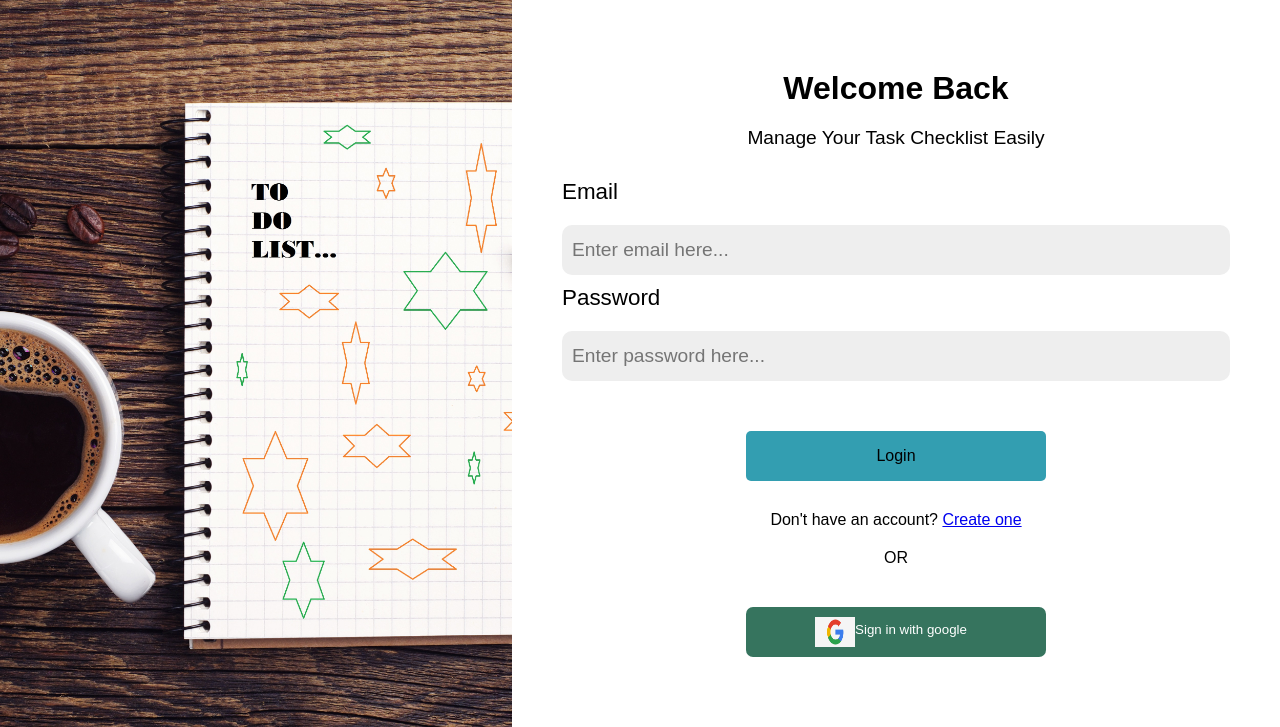
Repository: tebo27cMd/todo_App
Page: /
An editor plug-in stored every save of this project. The page is shown before and after the next save, followed by the edit.
The browser window is 1280 px wide. The pictures show the whole page.
The project was rebuilt for these pictures with package versions that can differ from the ones it lists, and the page was loaded fresh each time. Also part of the build but not shown: src/Pages/SignInPage.jsx, src/Pages/HomePage.jsx.

Above is the page before, as saved 2022-08-23 09:28:21.

### src/App.js
import React, {useState, useEffect} from 'react';
import './App.css';
import LoginPage from './Pages/LoginPage';
import SignInPage from './Pages/SignInPage';
import HomePage from './Pages/HomePage';

import {BrowserRouter as Router,Routes,Route,Link} from "react-router-dom";

//import {collection, getDocs, getDoc, doc, deleteDoc} from 'firebase/firestore'







function App() {


  const [tasks, setTasks] = useState([]);

  const addTasks = ((task, priorityType)=>{
    setTasks((tasks)=>[...tasks, {
      task:task,
      priorityType:priorityType
    }])

    console.log(tasks);
  })
  return (
    <div className="App">

      <Router>
      <Routes>
        <Route exact path="/" element = {<LoginPage/>}></Route>
        <Route path="/SignInPage" element = {<SignInPage/>}></Route>
        <Route exact path="/HomePage" element = {<HomePage/>}></Route>
      </Routes>
    </Router>

    </div>
  );
}

export default App;

### src/App.css
* {
  box-sizing: border-box;
  margin: 0;
  padding: 0;
  font-family: 'Times New Roman', Times, serif;
}

### src/Pages/LoginPage.jsx
import React, { useState } from 'react'

import './LoginPage.css';
import google from '../image/i.png'
import {Link} from 'react-router-dom'
import { signInWithEmailAndPassword} from 'firebase/auth'
import { auth } from "../Config-file/firebase";
import { useNavigate } from 'react-router-dom';


const LoginPage = () => {

  const [email, setEmail] = useState('');
  const [password, setPassword] = useState('');

  let history = useNavigate();

const SignInPage = (()=>{
  signInWithEmailAndPassword(auth, email, password).then(()=>{

      history("/HomePage");
  }).catch((error)=>{
    console.log(error);
  })
})



  return (
    <div className='LoginPage'>

        <aside></aside>

        <section>
            <h1 className='welcome'>Welcome Back</h1>

            <p className='paragraph1'>Manage Your Task Checklist Easily</p>

            <div className='input-control'>
                    <label htmlFor="email">Email</label>
                    <input type="email"  placeholder='Enter email here...'
                    onChange={(e)=> setEmail(e.target.value)}/>
            </div>

            <div className='input-control'>
                    <label htmlFor="password">Password</label>
                    <input type="password"  placeholder='Enter password here...'
                    onChange={(e)=> setPassword(e.target.value)}/>
            </div>

            <button className='lgnBtn' onClick={SignInPage}>Login</button>

            <p className='create'>Don't have an account? <span><Link to={"/SignInPage"}>Create one</Link></span></p>

            <h1 className='or'>OR</h1>

            <button className='signBtn'><div className='logo'><img src={google} alt="" /><span><div>Sign in with google</div></span></div></button>




        </section>

    </div>
  )
}

export default LoginPage;

### src/Pages/LoginPage.css

:root
{
    --btnGreen: #339eb1;
    --beige: beige;

}

.LoginPage{
    display: grid;
    grid-template-columns: 40% 60%;
    width: 100vw;
    height: 100vh;
}

.LoginPage aside{
    background: url(../Images/Ado.jpeg);
    background-size: cover;
}

.LoginPage section{
    display: flex;
    flex-direction: column;
    justify-content: center;
    align-items: center;
    padding: 50px;

}

.LoginPage .welcome{
    margin-top: 20px;
    margin-bottom: 20px;
    font-weight: bolder;
    font-size: 2em;
}

.LoginPage .paragraph1{
    margin-bottom: 20px;
    font-size: 1.2em;
}

.LoginPage .input-control{
    display: flex;
    flex-direction: column;
    align-self: flex-start;
    width: 100%;

}

.LoginPage .input-control label{
    margin-top: 10px;
    margin-bottom: 10px;
    font-size: 1.4em;

}

.LoginPage .input-control input{
    font-size: 1.2em;
    height: 50px;
    padding: 20px 10px 20px 10px;
    margin-top: 10px;
    border: none;
    border-radius: 10px;
    width: 100%;
    background-color: #eee;

}

.LoginPage button{
    width: 300px;
    height: 50px;
}
.LoginPage button:hover{
   background-color: #eee;

}
.LoginPage .lgnBtn{
    margin-top: 50px;
    border-radius: 5px;
    border: none;
    background-color: var(--btnGreen);
    font-size: 1em;
    cursor: pointer;
}

.LoginPage .create{

    margin-top: 30px;
}


Link{
    color: var(--btnGreen);
}

.LoginPage .or{
    font-weight: lighter;
    font-size: 1em;
    margin: 20px;
}

.LoginPage .signBtn{
    margin: 20px;
    padding-right: 20px;
    border-radius: 5px;
    border: none;
    cursor: pointer;
    background-color:rgb(54, 116, 94);
    border-radius: 7px;
    color: white;
}

.logo{
    display: flex;
    flex-direction: row;
    justify-content: center;

}

.logo img{
    width: 50px;
    height: 30px;
    padding-left: 10px;
}

.logo span{
    padding-top: 5px;
}

### src/Config-file/firebase.js
// Import the functions you need from the SDKs you need
import { initializeApp } from "firebase/app";
import { getFirestore } from "@firebase/firestore";
import {getAuth} from 'firebase/auth';

const firebaseConfig = {
  apiKey: "AIzaSyB44VhlyOGLme-EDCUVNbbB2UbazBO3qIY",
  authDomain:  "todo-433b6.firebaseapp.com",
  projectId:"todo-433b6",
  storageBucket: "todo-433b6.appspot.com",
  messagingSenderId: "23893463738",
  appId:"1:23893463738:web:7b7d1fefeddfc1abce6883",
  measurementId: "G-QQNBP66G32"
};

// Initialize Firebase
const app = initializeApp(firebaseConfig);
const db = getFirestore(app);
const auth = getAuth(app);
export  {auth, db};

### src/css/HomePage.css


*{
    box-sizing:border-box;
    margin: 0;
    padding: 0;
    font-family: sans-serif;
}


.topPart{
    display: flex;
    justify-content: space-between;
    margin: 10px 80px;
    border-bottom: 2px solid black;

}

.topPart button{
    width: 100px;
    margin:0px 20px 5px 0px;
    border-radius: 5px;
    border: none;
    background-color: #33b18d;
    cursor: pointer;
    color: white;
    font-size: 1.2em;

}
.topPart img {
    height: 20px;
}

.topPart button:hover{
    background-color: rgba(245, 27, 27, 0.815);
    color: black;
}

.bottomPart{
    display: flex;
    flex-direction: column;
    justify-content: center;
    align-items: center;
    margin-top: 80px;
}

.bottomPart input{
    margin-right: 10px;
    height: 30px;
    width: 500px;
    padding-left: 20px;
    border: none;
    background-color: #eee;
    border-radius: 5px;

}

.bottomPart select{
    margin-right: 10px;
    height: 30px;
    width: 100px;
    border: none;
    background-color: #33b18d;
    border-radius: 5px;
}

.bottomPart button{
    height: 40px;
    width: 40px;
    border-radius: 50px;
    border: none;
    color: #eee;
    font-size: 1.6em;
    background-color: #33b18d;
    cursor: pointer;

}

.bottomPart button:hover{
    background-color: #776e7625;
    color: black;
}

.input-fields {
    display: flex;
    align-items: center;
}



/* Task list*/


.task-list{
    width: 600px;
    margin-right: 60px;
}

.item{
    display: flex;
    text-align: center;
    justify-content: space-between;
    padding: 10px;
    border-radius: 5px;
    border: none;
    box-shadow: 2px 2px 5px .5px grey;

}
.items{
    padding: 5px 0;
}

.item button{
    border: none;
    border-radius: 50px;
    width: 80px;
    height: 40px;
    background-color:white;
    font-size: 20px;
    cursor: pointer;

}


.tick img{
    width: 40px;

}

Loaded but not shown: public/index.html (common file); src/index.js (common file); src/reportWebVitals.js (common file)

After the next save:
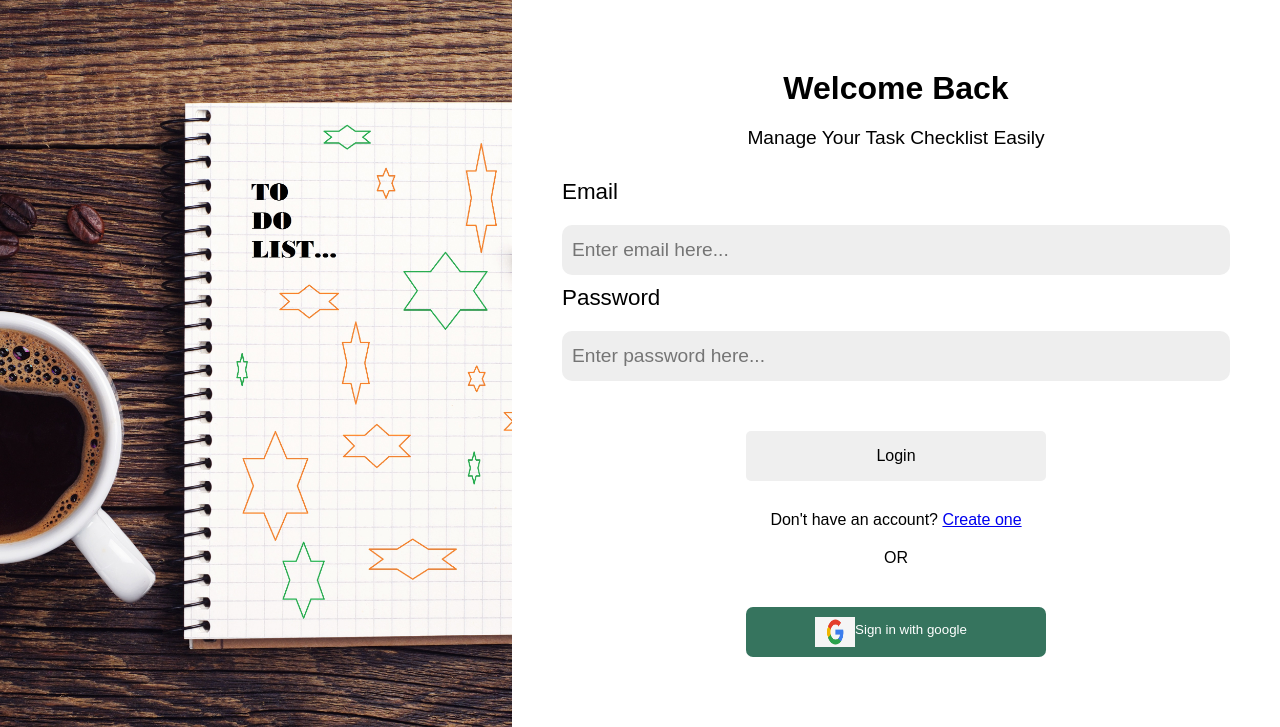
Saved 91 s later.
--- a/src/Pages/LoginPage.css
+++ b/src/Pages/LoginPage.css
@@ -78,7 +78,7 @@
     margin-top: 50px;
     border-radius: 5px;
     border: none;
-    background-color: var(--btnGreen);
+
     font-size: 1em;
     cursor: pointer;
 }

After the 2 saves that followed:
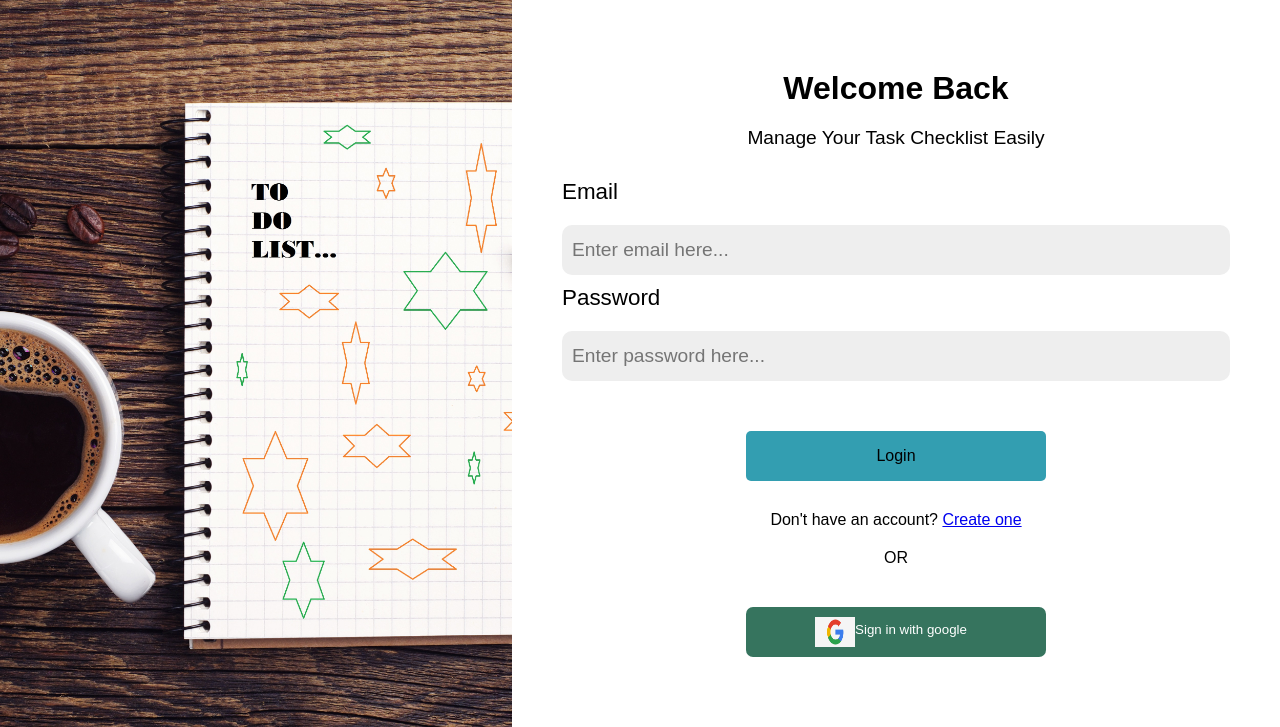
The 2 saves are shown as one change because they came seconds apart.
The last was saved 10 s later.
--- a/src/Pages/LoginPage.css
+++ b/src/Pages/LoginPage.css
@@ -78,7 +78,7 @@
     margin-top: 50px;
     border-radius: 5px;
     border: none;
-
+    background-color: var(--btnGreen);
     font-size: 1em;
     cursor: pointer;
 }
@@ -107,7 +107,7 @@
     cursor: pointer;
     background-color:rgb(54, 116, 94);
     border-radius: 7px;
-    color: white;
+     color: white;
 }
 
 .logo{
